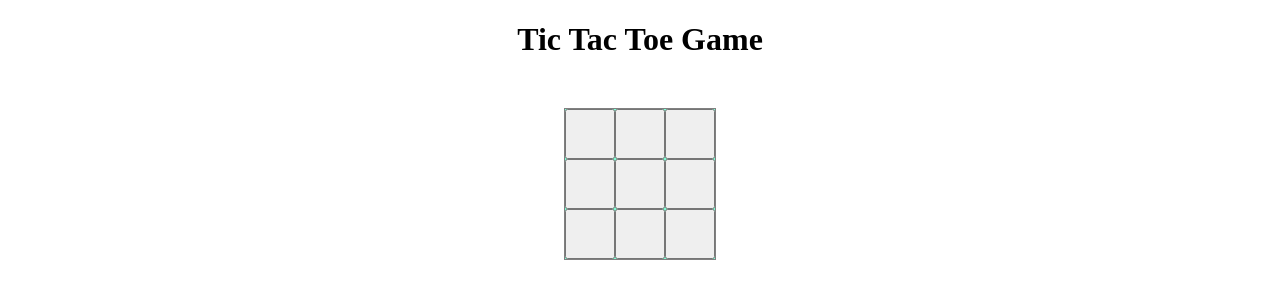
Repository: Wahid137/tic-tac-toe-game
Page: /
An editor plug-in stored every save of this project. The page is shown before and after the next save, followed by the edit.
The browser window is 1280 px wide. The pictures show the whole page.
The project was rebuilt for these pictures with package versions that can differ from the ones it lists, and the page was loaded fresh each time. Also part of the build but not shown: vite.config.js, src/index.css.

Above is the page before, as saved 2023-09-18 01:13:57.

After the next save:
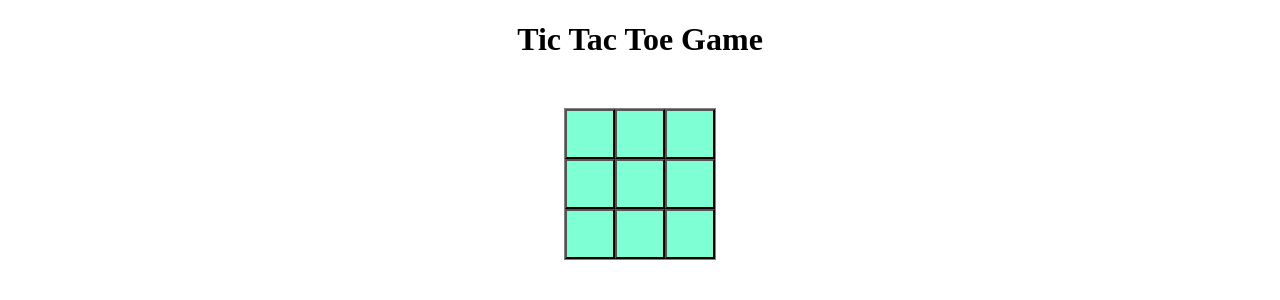
Saved 11 s later.
--- a/src/App.css
+++ b/src/App.css
@@ -6,7 +6,7 @@ h1{
   margin:0 auto;
   width: 150px;
   border:solid 1px gray;
-  background-color: aquamarine;
+
 
 }
 .board button{
@@ -18,4 +18,5 @@ h1{
   font-size: 30px;
   font-weight: bold;
   cursor: pointer;
+  background-color: aquamarine;
 }
